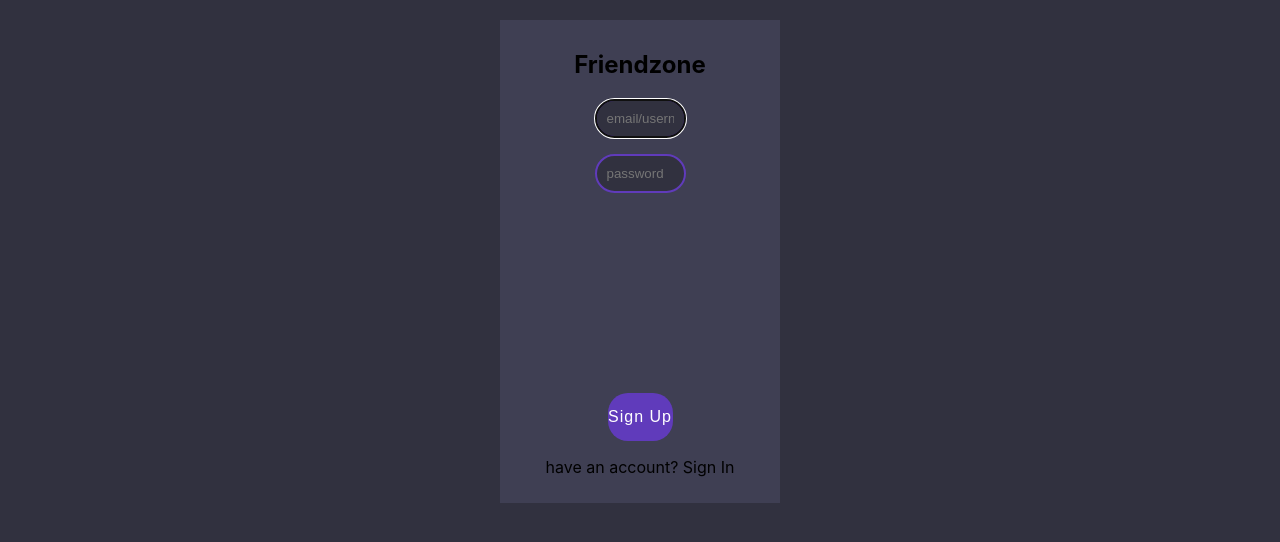
Repository: DerickT02/friend-zone
Page: /
These files come from the project's save history. The page is drawn as it stood at one moment and after the next save; the edit follows.
The browser window is 1280 px wide. The pictures show the whole page.
The project was rebuilt for these pictures with package versions that can differ from the ones it lists, and the page was loaded fresh each time. Also part of the build but not shown: src/Appreducer.js, src/GlobalState.js, src/Post.js, src/Homepage.js, src/fire.js.

Above is the page before, as saved 2021-07-07 07:59:05.

After the next save:
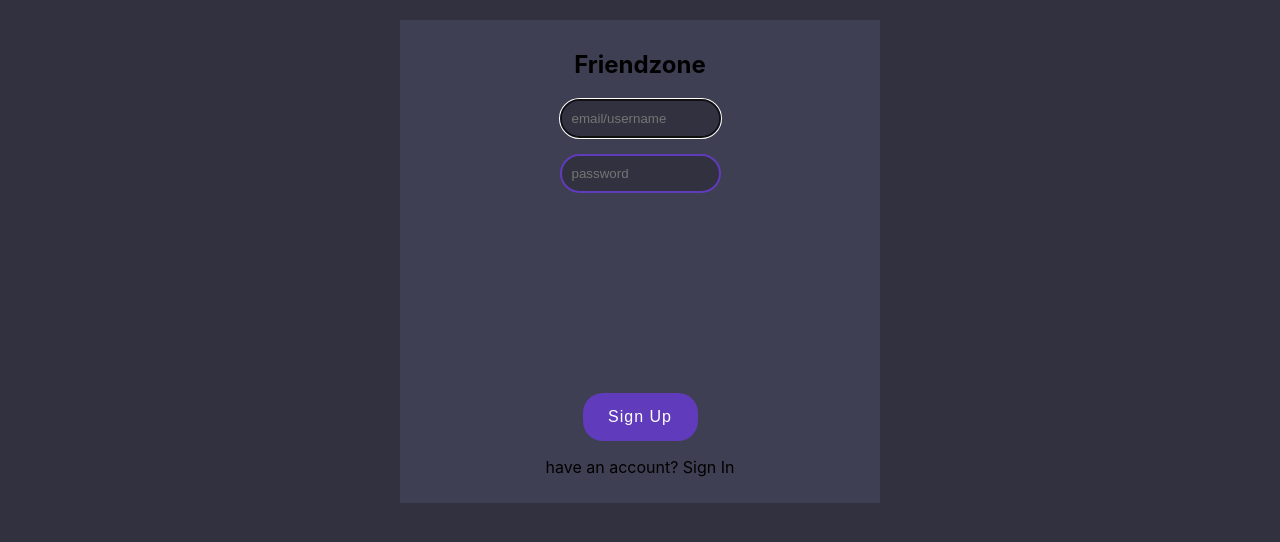
Saved 9 s later.
--- a/src/Login.css
+++ b/src/Login.css
@@ -6,8 +6,8 @@
 .login .loginContainer {
  background-color: rgb(63, 63, 83);
  padding: 10px;
- margin-left: 500px;
- margin-right:500px;
+ margin-left: 400px;
+ margin-right:400px;
  margin-top: 20px ;
 }
 
